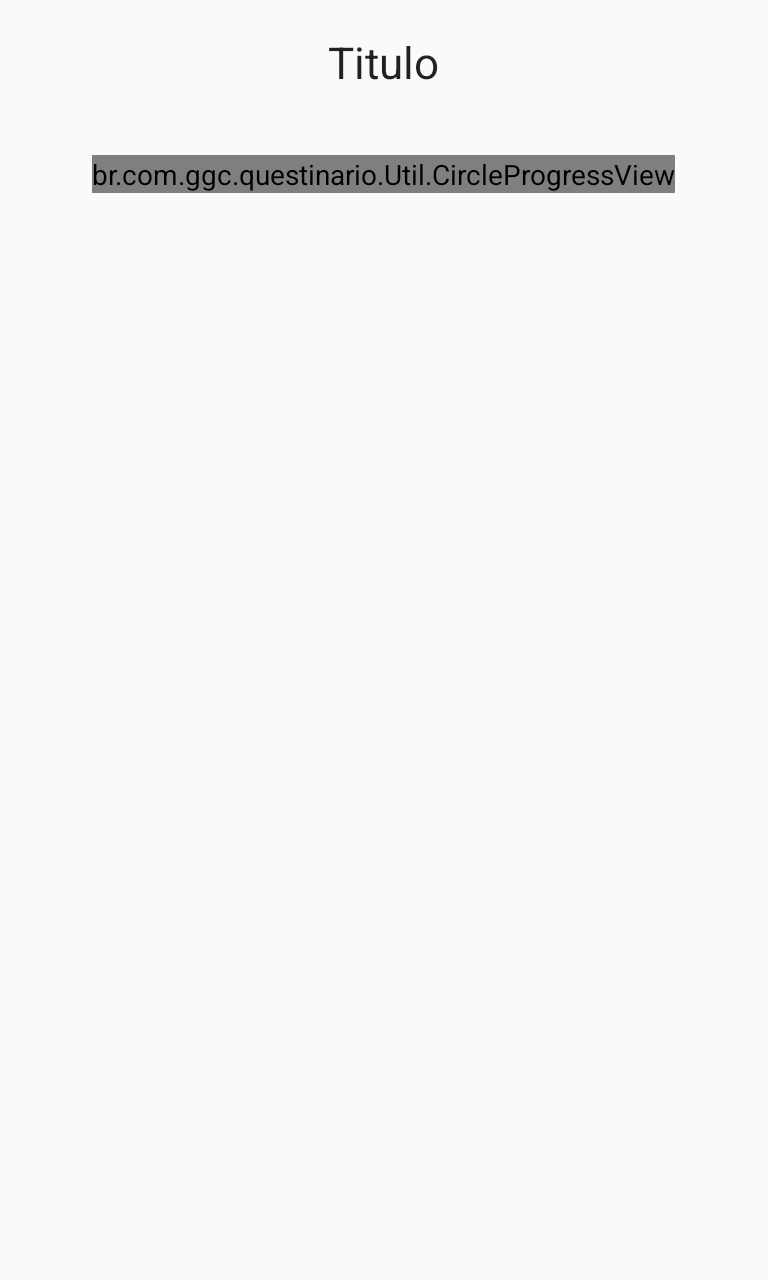
Repository: Gilson-Android/Questionario_App
Layout: Questinario/res/layout/tab_fragment.xml
The author's editor kept a copy of each file at every save. The layout is drawn from the files as they stood at one save, then again after the next save.
Pictures or frames that could not be fetched are drawn as grey boxes. It is drawn on a 768 x 1280 px phone screen (xhdpi) without system bars, with theme AppTheme; the app's code is not run.

Above is the layout before, as saved 2015-09-03 19:56:36.

### Questinario/res/layout/tab_fragment.xml
<LinearLayout xmlns:android="http://schemas.android.com/apk/res/android"
    xmlns:app="http://schemas.android.com/apk/res/br.com.ggc.questinario"
    android:layout_width="fill_parent"
    android:layout_height="fill_parent"
    android:orientation="vertical" >

    <LinearLayout
        android:layout_width="fill_parent"
        android:layout_height="0dp"
        android:layout_weight="1"
        android:orientation="vertical" >

        <TextView
            android:id="@+id/textCategoria"
            android:layout_width="wrap_content"
            android:layout_height="wrap_content"
            android:layout_gravity="center"
            android:layout_marginBottom="@dimen/activity_vertical_margin"
            android:layout_marginLeft="@dimen/activity_horizontal_margin"
            android:layout_marginRight="@dimen/activity_horizontal_margin"
            android:layout_marginTop="@dimen/activity_vertical_margin"
            android:text="Titulo"
            android:textAppearance="?android:attr/textAppearanceLarge" />

        <br.com.ggc.questinario.Util.CircleProgressView
            android:id="@+id/circleView"
            android:layout_width="wrap_content"
            android:layout_height="wrap_content"
            android:layout_gravity="center"
            android:layout_marginBottom="@dimen/activity_vertical_margin"
            android:layout_marginLeft="@dimen/activity_horizontal_margin"
            android:layout_marginRight="@dimen/activity_horizontal_margin"
            android:layout_marginTop="@dimen/activity_vertical_margin"
            android:max="10"
            app:contourColor="@color/Azul_Claro"
            app:seekMode="true"
            app:showUnit="false" >
        </br.com.ggc.questinario.Util.CircleProgressView>
    </LinearLayout>

</LinearLayout>

### Questinario/res/values/styles.xml
<?xml version="1.0" encoding="utf-8"?>
<resources xmlns:android="http://schemas.android.com/apk/res/android">

    <style name="AppTheme" parent="@style/Theme.AppCompat.Light.NoActionBar">
        <item name="colorPrimary">#3F51B5</item>
        <item name="colorPrimaryDark">#FF0066</item>
        <item name="colorAccent">#FF0000</item>
    </style>

    <style name="MyCustomTabLayout" parent="Widget.Design.TabLayout">
        <item name="tabTextAppearance">@style/MyCustomTabText</item>
        <item name="tabSelectedTextColor">#FFFF33</item>
    </style>

    <style name="MyCustomTabText" parent="TextAppearance.AppCompat.Button">
        <item name="android:textSize">13sp</item>
        <item name="android:textColor">@android:color/white</item>
    </style>

</resources>

### Questinario/res/values/color.xml
<?xml version="1.0" encoding="utf-8"?>
<resources>

    <color name="Azul_Claro">#4682B4</color>
    <color name="Azul"> #0192f6</color>
    <color name="light_gray_header_color">#646663</color>

</resources>

Loaded but not shown: Questinario/res/values/dimens.xml (common file); Questinario/res/values-w820dp/dimens.xml (common file)

After the next save:
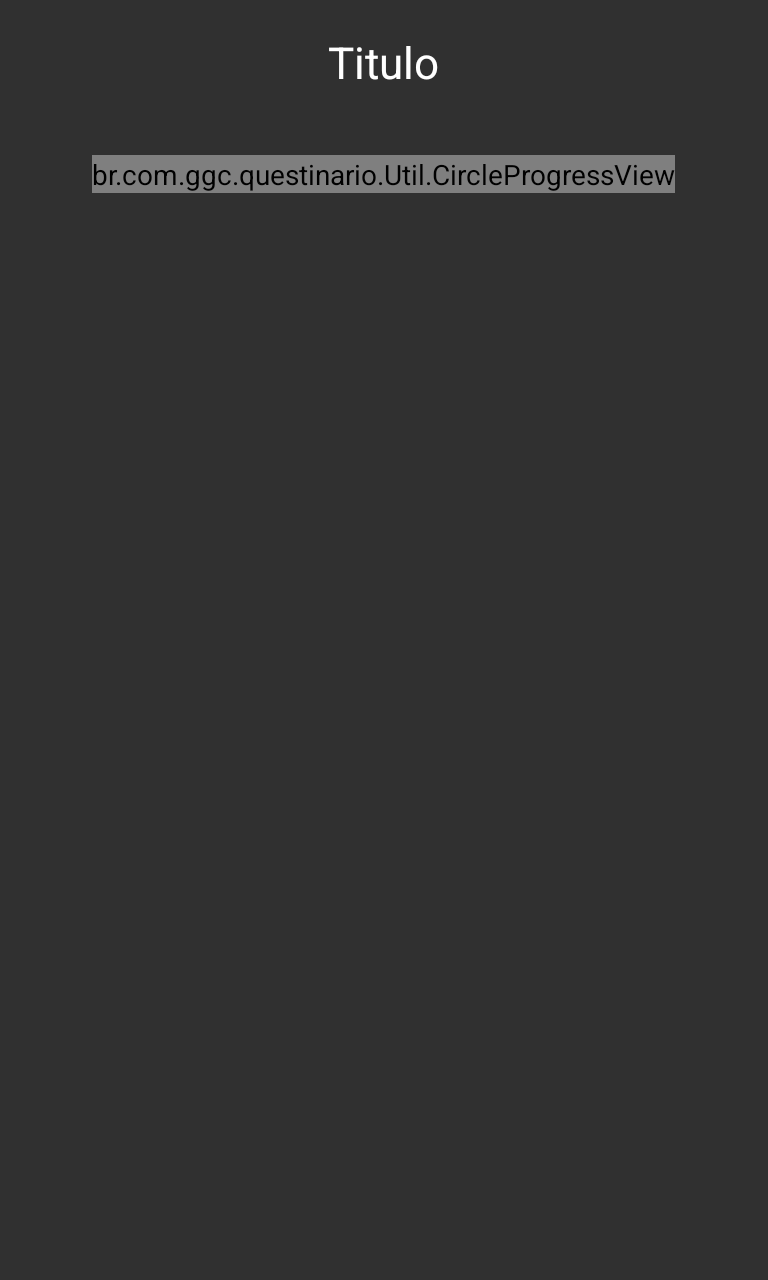
Saved 44 min 15 s later.
--- a/Questinario/res/values/styles.xml
+++ b/Questinario/res/values/styles.xml
@@ -1,7 +1,7 @@
 <?xml version="1.0" encoding="utf-8"?>
 <resources xmlns:android="http://schemas.android.com/apk/res/android">
 
-    <style name="AppTheme" parent="@style/Theme.AppCompat.Light.NoActionBar">
+    <style name="AppTheme" parent="@style/Theme.AppCompat.NoActionBar">
         <item name="colorPrimary">#3F51B5</item>
         <item name="colorPrimaryDark">#FF0066</item>
         <item name="colorAccent">#FF0000</item>

After the 2 saves that followed:
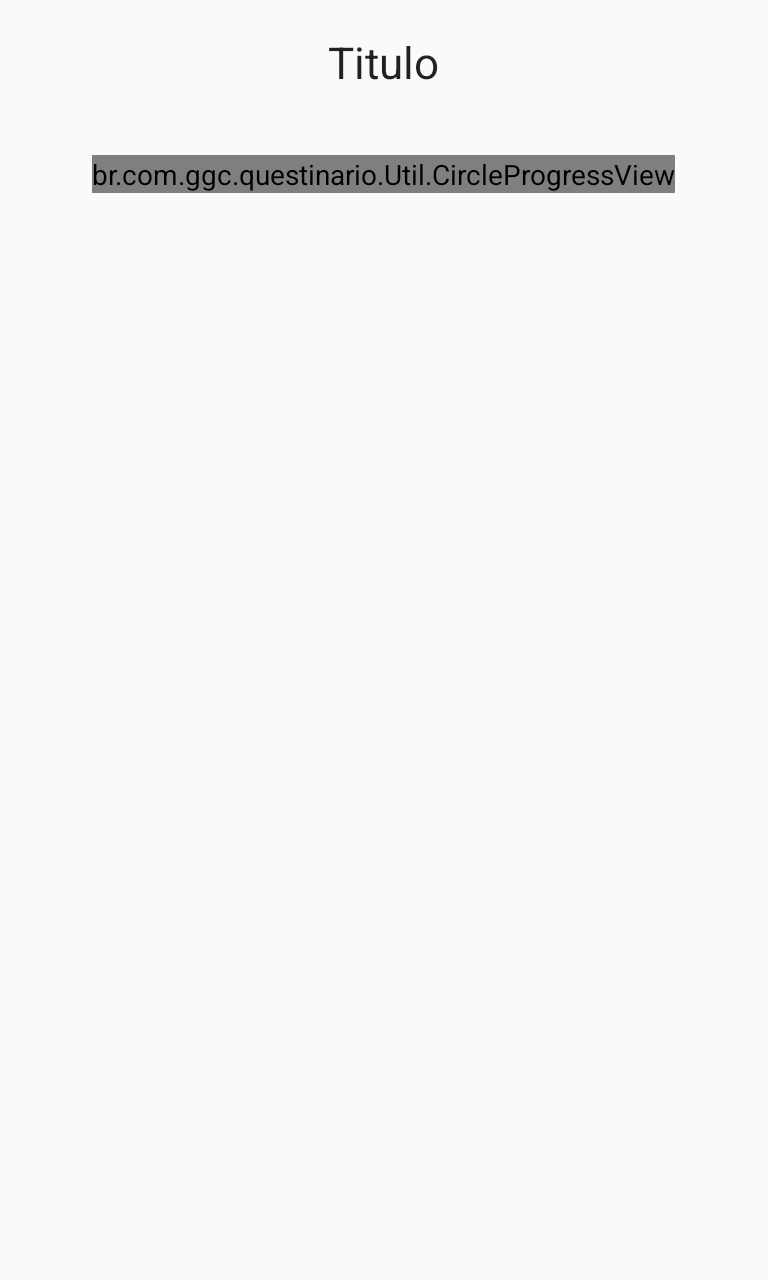
The 2 saves are shown as one change because 1 left the picture as it was.
The last was saved 107 s later.
--- a/Questinario/res/values/styles.xml
+++ b/Questinario/res/values/styles.xml
@@ -1,20 +1,12 @@
 <?xml version="1.0" encoding="utf-8"?>
 <resources xmlns:android="http://schemas.android.com/apk/res/android">
 
-    <style name="AppTheme" parent="@style/Theme.AppCompat.NoActionBar">
+    <style name="AppTheme" parent="@style/Theme.AppCompat.Light">
         <item name="colorPrimary">#3F51B5</item>
         <item name="colorPrimaryDark">#FF0066</item>
         <item name="colorAccent">#FF0000</item>
     </style>
 
-    <style name="MyCustomTabLayout" parent="Widget.Design.TabLayout">
-        <item name="tabTextAppearance">@style/MyCustomTabText</item>
-        <item name="tabSelectedTextColor">#FFFF33</item>
-    </style>
 
-    <style name="MyCustomTabText" parent="TextAppearance.AppCompat.Button">
-        <item name="android:textSize">13sp</item>
-        <item name="android:textColor">@android:color/white</item>
-    </style>
 
 </resources>
